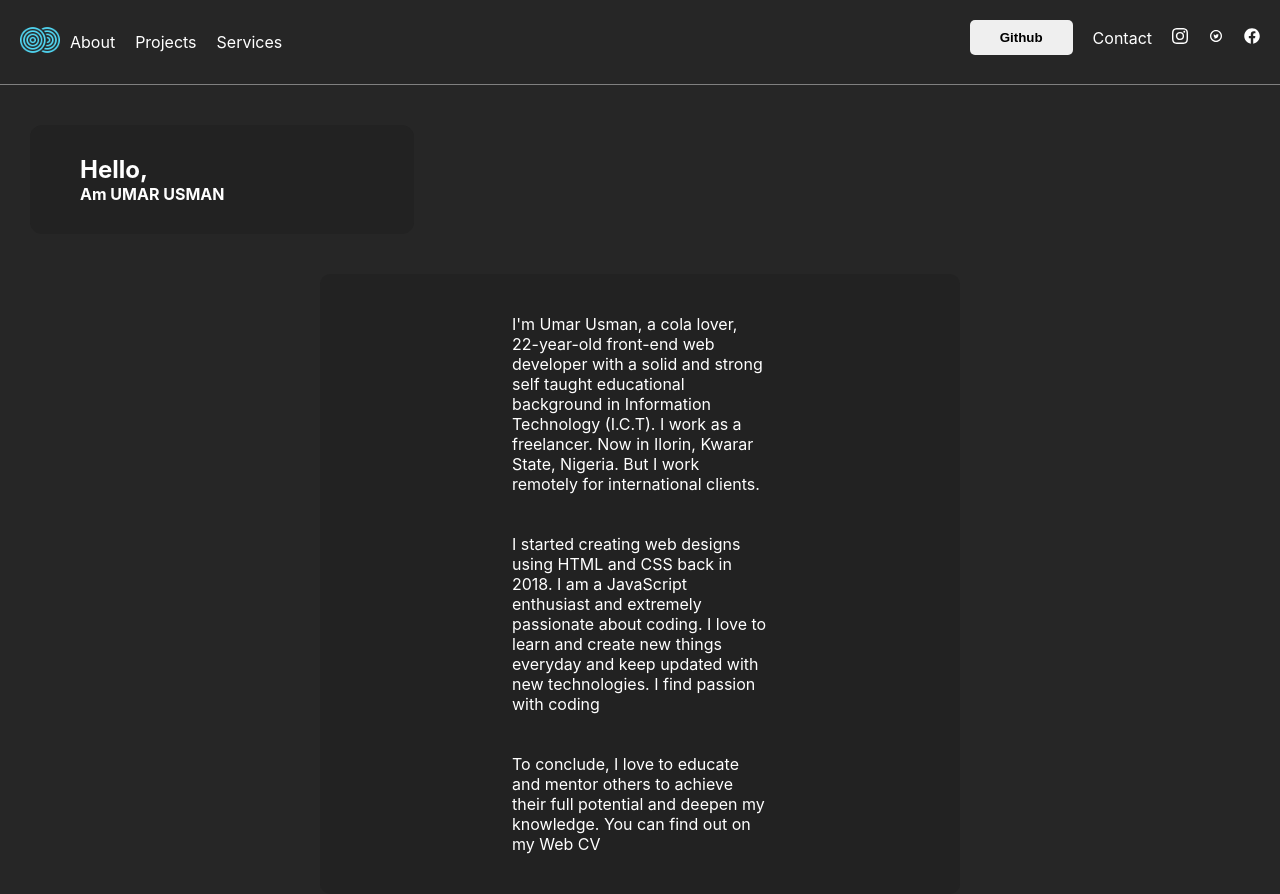
Repository: uh-sman/Portfolio
Page: /
An editor plug-in stored every save of this project. The page is shown before and after the next save, followed by the edit.
The browser window is 1280 px wide. The pictures show the whole page.
The project was rebuilt for these pictures with package versions that can differ from the ones it lists, and the page was loaded fresh each time. Also part of the build but not shown: src/components/repositories.css, src/components/repositories.js, src/components/RepositoriesCard.jsx, src/components/projects.css, src/components/Projects.jsx, src/components/Services.jsx.

Above is the page before, as saved 2022-11-19 00:21:24.

### src/index.js
import React from "react";
import ReactDOM from "react-dom/client";
import { BrowserRouter } from "react-router-dom";
import "./index.css";
import App from "./App";

const root = ReactDOM.createRoot(document.getElementById("root"));
root.render(
  <BrowserRouter>
    <React.StrictMode>
      <App />
    </React.StrictMode>
  </BrowserRouter>
);

### src/App.js
import "./App.css";
import { Index } from "./components/index";
import { Route, Routes } from "react-router-dom";
import About from "./components/About";
import "animate.css";
import Projects from "./components/Projects";
import Services from "./components/Services";
// import Services from "./components/Services";
function App() {
  return (
    <div className="App">
      <Index />
      <Routes>
        <Route path="/" element={<About />} />
        <Route path="/projects" element={<Projects />} />
        <Route path="/services" element={<Services />} />
      </Routes>
    </div>
  );
}

export default App;

### src/App.css
* {
  margin: 0px;
  padding: 0px;
  box-sizing: border-box;
  text-decoration: none;
  list-style: none;
}
body {
  /* background: rgb(2, 0, 36);
  background: linear-gradient(
    90deg,
    rgba(2, 0, 36, 1) 0%,
    rgba(4, 14, 33, 1) 90%,
    rgba(5, 52, 61, 1) 100%
  ); */
  background: #262626;
}

### src/components/index.js
import React from "react";
import { Navbar } from "./Navbar";
import { Route, Routes } from "react-router-dom";
export const Index = () => {
  return (
    <div>
      <Navbar />
    </div>
  );
};

### src/components/About.jsx
import React from "react";
import monitor from "../assets/monitor.png";
import "./about.css";
import RepositoriesCard from "./RepositoriesCard";
const About = () => {
  return (
    <div>
      <div className="about">
        <div className="introduction">
          <h2>Hello,</h2>
          <h4>Am UMAR USMAN</h4>
        </div>
        <div className="about-side">
          <div className="about-myself">
            <p className="text">
              I'm Umar Usman, a cola lover, 22-year-old front-end web developer
              with a solid and strong self taught educational background in
              Information Technology (I.C.T). I work as a freelancer. Now in
              Ilorin, Kwarar State, Nigeria. But I work remotely for
              international clients.
            </p>
            <p className="text">
              I started creating web designs using HTML and CSS back in 2018. I
              am a JavaScript enthusiast and extremely passionate about coding.
              I love to learn and create new things everyday and keep updated
              with new technologies. I find passion with coding
            </p>
            <p className="text">
              To conclude, I love to educate and mentor others to achieve their
              full potential and deepen my knowledge. You can find out on my{" "}
              <a>Web CV</a>
            </p>
          </div>
        </div>
      </div>
    </div>
  );
};

export default About;

### src/components/Navbar.jsx
import React, { useState } from "react";
import { Link } from "react-router-dom";
import logo from "../assets/ico.png";
import "./navbar.css";
import { Profile } from "./Profile";
export const Navbar = () => {
  const [active, isActive] = useState(false);
  // Get the container element
  // const activeLink = document.querySelector("nav-list");
  // const style = {
  //   backgroundColor: "red",
  //   width: "100%",
  //   height: "100%",
  // };
  // Get all buttons with class="btn" inside the container
  // const btnActive = activeLink.getElementsByClassName("btn");
  // Loop through the buttons and add the active class to the current/clicked button
  // for (var i = 0; i < btnActive.length; i++) {
  //   btnActive[i].addEventListener("click", function () {
  //     var currentMode = document.getElementsByClassName("active");
  //     currentMode[0].className = currentMode[0].className.replace("active", "");
  //     this.className += "active";
  //   });
  // }
  // activeLink.addEventListener()
  return (
    <div>
      <nav className="navbar-container">
        <div className="navbar">
          <div className="navbar-nav">
            <div>
              <a>
                <img src={logo} className="logo" />
              </a>
            </div>
            <ul className="nav-list">
              <Link to="/">
                <a href="">About</a>
              </Link>
              <Link to="/projects">
                <a href="">Projects</a>
              </Link>
              <Link to="/services" className="btn">
                <a href="">Services</a>
              </Link>
            </ul>
          </div>
          <div>
            <Profile />
          </div>
        </div>
      </nav>
    </div>
  );
};

### src/components/about.css
.about {
  color: white;
}
.introduction {
  margin: 40px 30px;
  color: white;
  border-radius: 12px;
  display: flex;
  flex-direction: column;
  width: 30%;
  background: #222222;
  padding: 30px 50px;
}
.about-side {
  display: flex;
  justify-content: center;
  margin: auto;
  height: 30%;
  width: 50%;
}
.about-myself {
  border-radius: 10px;
  background-color: #222222;
  padding: 40px 0px;
  display: flex;
  margin: auto;
  align-items: center;
  justify-content: center;
  flex-direction: column;
  gap: 40px;
}
.text {
  width: 40%;
}
.computer-image {
  width: 20px;
  height: 20px;
}

### src/components/navbar.css
.nav-list {
  display: flex;
  align-items: center;
  gap: 20px;
}
.nav-list a {
  color: white;
}
.navbar {
  margin: 20px 20px;
  display: flex;
  justify-content: space-between;
}
.navbar-nav {
  display: flex;
  gap: 10px;
}
.logo {
  width: 40px;
  height: 40px;
  color: white;
}
.navbar-container {
  border-bottom: 0.5px solid gray;
}
/* .btn {
  border: transparent;
  outline: none;
  background: rgba(2, 0, 36, 1) 0%;
} */
/* .active, */
/* .btnSelect:hover {
  border: none;
  border-bottom: 1px solid lightblue;
  cursor: pointer;
} */

@media only screen and (min-width: 200px) and (max-width: 950px) {
  .nav-list {
    display: none;
  }
}

### src/components/Profile.js
import React, { useState } from "react";
import { SiFacebook } from "react-icons/si";
import { FaWhatsapp, FaFacebook, FaRegWindowClose } from "react-icons/fa";
import { TiSocialTwitterCircular } from "react-icons/ti";
import { Link } from "react-router-dom";
import { BsInstagram } from "react-icons/bs";
import burger from "../assets/burger-menu.png";
import close from "../assets/icons8.png";

import "animate.css";
import "./profile.css";
export const Profile = () => {
  const [isActive, setIsActive] = useState(false);

  return (
    <div>
      <div>
        <section className="profile-section ">
          <button className="button">
            <a>Github</a>
          </button>
          <a>Contact</a>
          <a>
            <BsInstagram />
          </a>
          <a>
            <TiSocialTwitterCircular />
          </a>
          <a>
            <FaFacebook />
          </a>
        </section>
        {isActive ? (
          <div className="sidebar-container">
            <div>
              <FaRegWindowClose
                className="close"
                onClick={() => setIsActive(!isActive)}
              />
              {/* <img src={close} /> */}
            </div>
            <section className="sidebar-section ">
              <ul className="links">
                <Link to="/">
                  <a href="">About</a>
                </Link>
                <Link to="/projects">
                  <a href="">Projects</a>
                </Link>
                <Link to="/services">
                  <a href="">Services</a>
                </Link>
                <button className="button">
                  <a className="link">Github</a>
                </button>
                <a>Contact</a>
              </ul>
              <ul className="link-icons">
                <a>
                  <BsInstagram className="instagram" />
                </a>
                <a>
                  <TiSocialTwitterCircular className="twitter" />
                </a>
                <a>
                  <FaFacebook className="facebook" />
                </a>
              </ul>
            </section>
          </div>
        ) : (
          <div>
            <img
              src={burger}
              className="burger-menu"
              onClick={() => setIsActive(!isActive)}
            />
          </div>
        )}
      </div>
    </div>
  );
};

### src/components/profile.css
.profile-section {
  display: flex;
  gap: 20px;
  align-items: center;
  color: white;
}
.links {
  display: flex;
  flex-direction: column;
  /* display: flex; */
  align-items: center;
  gap: 20px;
}
.links a {
  color: white;
}
.sidebar-container {
  display: inline-block;
  /* margin: 0 0.5rem; */
  animation: slideInRight 2s;
  /* animation-duration: 2s; */

  height: 100%;
  width: 40%;
  top: 0px;
  right: 0px;
  background-color: #222222;
  position: absolute;
}
.burger-menu {
  width: 30px;
  height: 30px;
}
.close {
  color: white;
  width: 30px;
  height: 30px;
}
.button {
  padding: 10px 30px;
  box-shadow: gray;
  border: none;
  font-weight: 700;
  border-radius: 5px;
}
.button a {
  color: black;
}
.link-icons {
  margin-top: 20px;
  display: flex;
  align-items: center;
  gap: 10px;
}
.instagram {
  font-size: 20px;
}
.facebook {
  font-size: 20px;
}
.twitter {
  font-size: 30px;
}

@media only screen and (min-width: 200px) and (max-width: 950px) {
  .profile-section {
    display: none;
  }
}
@media only screen and (min-width: 950px) {
  .burger-menu {
    display: none;
  }
}
.sidebar-section {
  margin-top: 40%;
  justify-content: center;
  display: flex;
  flex-direction: column;
  align-items: center;
  color: white;
}
/* animate__slideInRight */

Loaded but not shown: public/index.html (common file); src/index.css (common file)

After the next save:
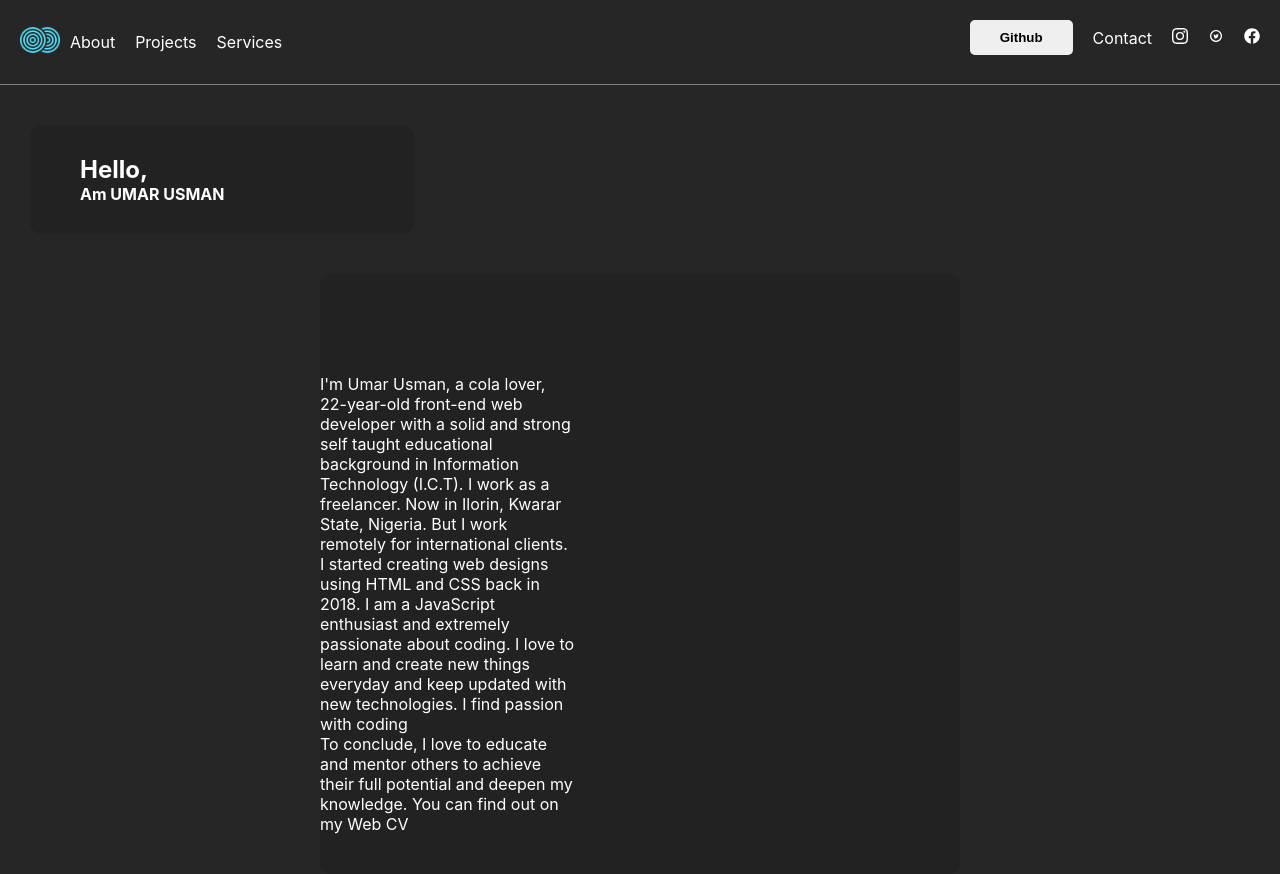
Saved 3 min 57 s later.
--- a/src/components/About.jsx
+++ b/src/components/About.jsx
@@ -12,24 +12,29 @@ const About = () => {
         </div>
         <div className="about-side">
           <div className="about-myself">
-            <p className="text">
-              I'm Umar Usman, a cola lover, 22-year-old front-end web developer
-              with a solid and strong self taught educational background in
-              Information Technology (I.C.T). I work as a freelancer. Now in
-              Ilorin, Kwarar State, Nigeria. But I work remotely for
-              international clients.
-            </p>
-            <p className="text">
-              I started creating web designs using HTML and CSS back in 2018. I
-              am a JavaScript enthusiast and extremely passionate about coding.
-              I love to learn and create new things everyday and keep updated
-              with new technologies. I find passion with coding
-            </p>
-            <p className="text">
-              To conclude, I love to educate and mentor others to achieve their
-              full potential and deepen my knowledge. You can find out on my{" "}
-              <a>Web CV</a>
-            </p>
+            <div>
+              <img />
+            </div>
+            <div>
+              <p className="text">
+                I'm Umar Usman, a cola lover, 22-year-old front-end web
+                developer with a solid and strong self taught educational
+                background in Information Technology (I.C.T). I work as a
+                freelancer. Now in Ilorin, Kwarar State, Nigeria. But I work
+                remotely for international clients.
+              </p>
+              <p className="text">
+                I started creating web designs using HTML and CSS back in 2018.
+                I am a JavaScript enthusiast and extremely passionate about
+                coding. I love to learn and create new things everyday and keep
+                updated with new technologies. I find passion with coding
+              </p>
+              <p className="text">
+                To conclude, I love to educate and mentor others to achieve
+                their full potential and deepen my knowledge. You can find out
+                on my <a>Web CV</a>
+              </p>
+            </div>
           </div>
         </div>
       </div>
